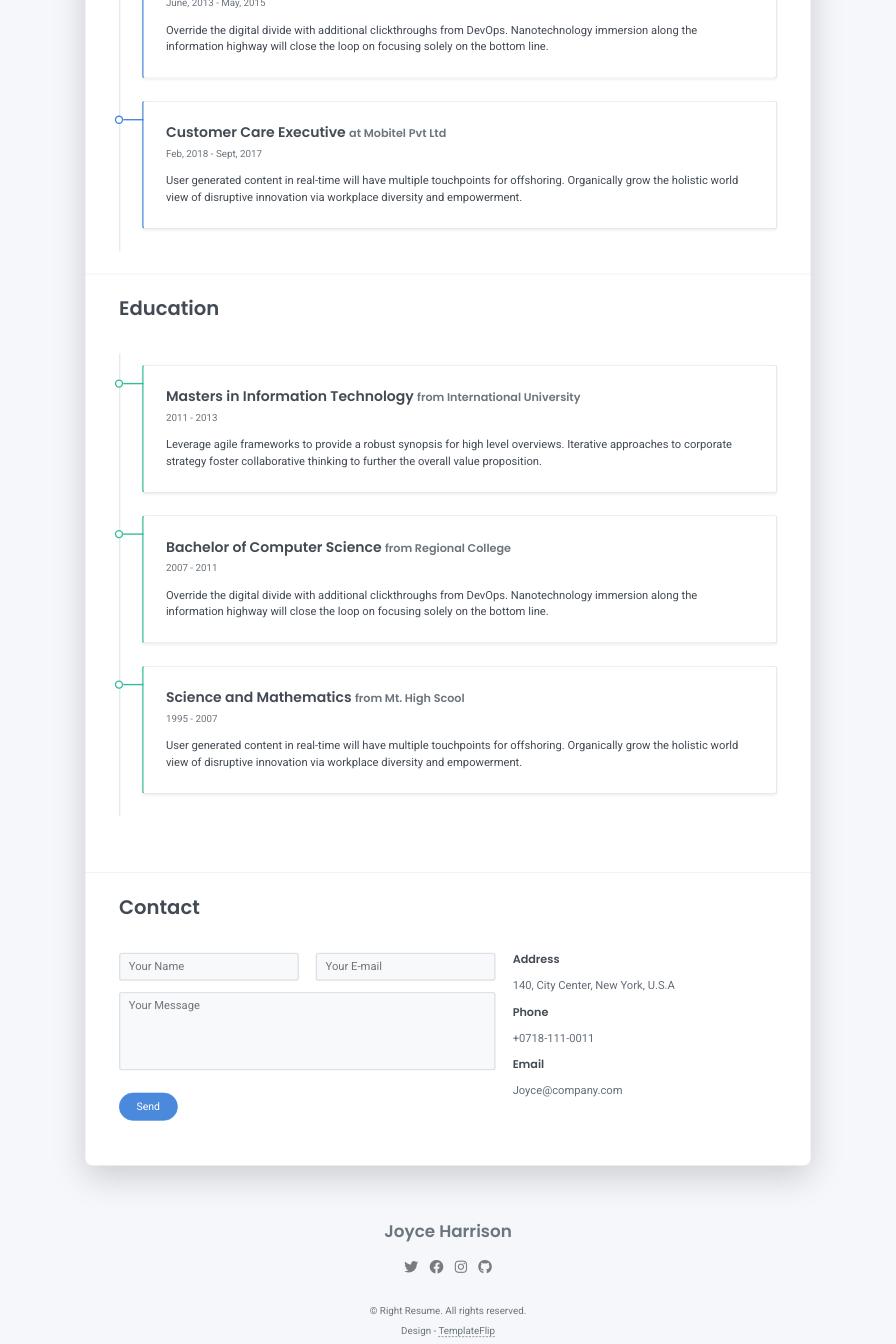
Repository: virangaj/resume
Page: index.html
The author's editor kept a copy of each file at every save. The page is drawn from the files as they stood at one save, then again after the next save.
The browser window is 1280 px wide. The pictures show the part of the page from y = 1620 to 3540 px (the page is 3580 px tall before and 3556 px after), at 70% of full size.

Above is the page before, as saved 2021-08-31 19:33:03.

### index.html
<!DOCTYPE html>
<html lang="en-US">
	<head>
		<meta charset="UTF-8" />
		<meta http-equiv="X-UA-Compatible" content="IE=edge" />
		<meta name="viewport" content="width=device-width, initial-scale=1" />
		<title>Virang Jayawardana</title>
		<link
			rel="preconnect"
			href="https://fonts.gstatic.com"
			crossorigin="crossorigin"
		/>
		<link
			rel="preload"
			as="style"
			href="https://fonts.googleapis.com/css2?family=Poppins:wght@600&amp;family=Roboto:wght@300;400;500;700&amp;display=swap"
		/>
		<link
			rel="stylesheet"
			href="https://fonts.googleapis.com/css2?family=Poppins:wght@600&amp;family=Roboto:wght@300;400;500;700&amp;display=swap"
			media="print"
			onload="this.media='all'"
		/>
		<noscript>
			<link
				rel="stylesheet"
				href="https://fonts.googleapis.com/css2?family=Poppins:wght@600&amp;family=Roboto:wght@300;400;500;700&amp;display=swap"
			/>
		</noscript>
		<link href="css/font-awesome/css/all.min.css?ver=1.2.0" rel="stylesheet" />
		<link href="css/bootstrap.min.css?ver=1.2.0" rel="stylesheet" />
		<link href="css/aos.css?ver=1.2.0" rel="stylesheet" />
		<link href="css/main.css?ver=1.2.0" rel="stylesheet" />
		<noscript>
			<style type="text/css">
				[data-aos] {
					opacity: 1 !important;
					transform: translate(0) scale(1) !important;
				}
			</style>
		</noscript>
	</head>
	<body id="top">
		<header class="d-print-none">
			<div class="container text-center text-lg-left">
				<div class="py-3 clearfix">
					<h1 class="site-title mb-0">Virang Jayawardana</h1>
					<div class="site-nav">
						<nav role="navigation">
							<ul class="nav justify-content-center">
								<li class="nav-item">
									<a
										class="nav-link"
										href="https://twitter.com/VirangaPasi"
										title="Twitter"
										><i class="fab fa-twitter"></i
										><span class="menu-title sr-only">Twitter</span></a
									>
								</li>
								<li class="nav-item">
									<a
										class="nav-link"
										href="https://www.facebook.com/virangapasindu.jayawardana/"
										title="Facebook"
										><i class="fab fa-facebook"></i
										><span class="menu-title sr-only">Facebook</span></a
									>
								</li>
								<li class="nav-item">
									<a
										class="nav-link"
										href="https://www.instagram.com/pasiya_k9/"
										title="Instagram"
										><i class="fab fa-instagram"></i
										><span class="menu-title sr-only">Instagram</span></a
									>
								</li>
								<li class="nav-item">
									<a
										class="nav-link"
										href="https://github.com/Viranga-pasi"
										title="Github"
										><i class="fab fa-github"></i
										><span class="menu-title sr-only">Github</span></a
									>
								</li>
							</ul>
						</nav>
					</div>
				</div>
			</div>
		</header>
		<div class="page-content">
			<div class="container">
				<div class="cover shadow-lg bg-white">
					<div class="cover-bg p-3 p-lg-4 text-white">
						<div class="row">
							<div class="col-lg-4 col-md-5">
								<div class="avatar hover-effect bg-white shadow-sm p-1">
									<img src="images/avatar.jpg" width="200" height="200" />
								</div>
							</div>
							<div class="col-lg-8 col-md-7 text-center text-md-start">
								<h2 class="h1 mt-2" data-aos="fade-left" data-aos-delay="0">
									Joyce Harrison
								</h2>
								<p data-aos="fade-left" data-aos-delay="100">
									Undergraduate | Web Developer
								</p>
								<div
									class="d-print-none"
									data-aos="fade-left"
									data-aos-delay="200"
								>
									<a
										class="btn btn-light text-dark shadow-sm mt-1 me-1"
										href="right-resume.pdf"
										target="_blank"
										>Download CV</a
									><a class="btn btn-success shadow-sm mt-1" href="#contact"
										>Hire Me</a
									>
								</div>
							</div>
						</div>
					</div>
					<div class="about-section pt-4 px-3 px-lg-4 mt-1">
						<div class="row">
							<div class="col-md-6">
								<h2 class="h3 mb-3">About Me</h2>
								<p>
									Hello! I’m Viranga Jayawardana. I am passionate about new
									technologies and Web Design. I am a skilled Front-end
									Developer and amazing video editor.
								</p>
							</div>
							<div class="col-md-5 offset-md-1">
								<div class="row mt-2">
									<div class="col-sm-4">
										<div class="pb-1">Age</div>
									</div>
									<div class="col-sm-8">
										<div class="pb-1 text-secondary">24</div>
									</div>
									<div class="col-sm-4">
										<div class="pb-1">Email</div>
									</div>
									<div class="col-sm-8">
										<div class="pb-1 text-secondary">
											virangapasindu4@gmail.com
										</div>
									</div>
									<div class="col-sm-4">
										<div class="pb-1">Phone</div>
									</div>
									<div class="col-sm-8">
										<div class="pb-1 text-secondary">+94 71 530 9595</div>
									</div>
									<div class="col-sm-4">
										<div class="pb-1">Address</div>
									</div>
									<div class="col-sm-8">
										<div class="pb-1 text-secondary">
											Samanala, Galdola, Kotapola, Sri Lanka
										</div>
									</div>
								</div>
							</div>
						</div>
					</div>
					<hr class="d-print-none" />
					<div class="skills-section px-3 px-lg-4">
						<h2 class="h3 mb-3">Professional Skills</h2>
						<div class="row">
							<div class="col-md-6">
								<div class="mb-2">
									<span>HTML</span>
									<div class="progress my-1">
										<div
											class="progress-bar bg-primary"
											role="progressbar"
											data-aos="zoom-in-right"
											data-aos-delay="100"
											data-aos-anchor=".skills-section"
											style="width: 90%"
											aria-valuenow="90"
											aria-valuemin="0"
											aria-valuemax="100"
										></div>
									</div>
								</div>
								<div class="mb-2">
									<span>CSS</span>
									<div class="progress my-1">
										<div
											class="progress-bar bg-primary"
											role="progressbar"
											data-aos="zoom-in-right"
											data-aos-delay="200"
											data-aos-anchor=".skills-section"
											style="width: 85%"
											aria-valuenow="85"
											aria-valuemin="0"
											aria-valuemax="100"
										></div>
									</div>
								</div>
								<div class="mb-2">
									<span>JavaScript</span>
									<div class="progress my-1">
										<div
											class="progress-bar bg-primary"
											role="progressbar"
											data-aos="zoom-in-right"
											data-aos-delay="300"
											data-aos-anchor=".skills-section"
											style="width: 80%"
											aria-valuenow="80"
											aria-valuemin="0"
											aria-valuemax="100"
										></div>
									</div>
								</div>
								<div class="mb-2">
									<span>ReactJs</span>
									<div class="progress my-1">
										<div
											class="progress-bar bg-primary"
											role="progressbar"
											data-aos="zoom-in-right"
											data-aos-delay="300"
											data-aos-anchor=".skills-section"
											style="width: 75%"
											aria-valuenow="75"
											aria-valuemin="0"
											aria-valuemax="100"
										></div>
									</div>
								</div>
								<div class="mb-2">
									<span>Java</span>
									<div class="progress my-1">
										<div
											class="progress-bar bg-primary"
											role="progressbar"
											data-aos="zoom-in-right"
											data-aos-delay="300"
											data-aos-anchor=".skills-section"
											style="width: 70%"
											aria-valuenow="70"
											aria-valuemin="0"
											aria-valuemax="100"
										></div>
									</div>
								</div>
								<div class="mb-2">
									<span>C language</span>
									<div class="progress my-1">
										<div
											class="progress-bar bg-primary"
											role="progressbar"
											data-aos="zoom-in-right"
											data-aos-delay="300"
											data-aos-anchor=".skills-section"
											style="width: 70%"
											aria-valuenow="70"
											aria-valuemin="0"
											aria-valuemax="100"
										></div>
									</div>
								</div>
								<div class="mb-2">
									<span>Wordpress</span>
									<div class="progress my-1">
										<div
											class="progress-bar bg-primary"
											role="progressbar"
											data-aos="zoom-in-right"
											data-aos-delay="300"
											data-aos-anchor=".skills-section"
											style="width: 85%"
											aria-valuenow="85"
											aria-valuemin="0"
											aria-valuemax="100"
										></div>
									</div>
								</div>
							</div>
							<div class="col-md-6">
								<div class="mb-2">
									<span>Adobe Photoshop</span>
									<div class="progress my-1">
										<div
											class="progress-bar bg-success"
											role="progressbar"
											data-aos="zoom-in-right"
											data-aos-delay="400"
											data-aos-anchor=".skills-section"
											style="width: 80%"
											aria-valuenow="90"
											aria-valuemin="0"
											aria-valuemax="100"
										></div>
									</div>
								</div>
								<div class="mb-2">
									<span>Abode Premiere Pro</span>
									<div class="progress my-1">
										<div
											class="progress-bar bg-success"
											role="progressbar"
											data-aos="zoom-in-right"
											data-aos-delay="500"
											data-aos-anchor=".skills-section"
											style="width: 85%"
											aria-valuenow="85"
											aria-valuemin="0"
											aria-valuemax="100"
										></div>
									</div>
								</div>
								<div class="mb-2">
									<span>Adobe After Effect</span>
									<div class="progress my-1">
										<div
											class="progress-bar bg-success"
											role="progressbar"
											data-aos="zoom-in-right"
											data-aos-delay="600"
											data-aos-anchor=".skills-section"
											style="width: 75%"
											aria-valuenow="75"
											aria-valuemin="0"
											aria-valuemax="100"
										></div>
									</div>
								</div>
								<div class="mb-2">
									<span>Adobe XD</span>
									<div class="progress my-1">
										<div
											class="progress-bar bg-success"
											role="progressbar"
											data-aos="zoom-in-right"
											data-aos-delay="600"
											data-aos-anchor=".skills-section"
											style="width: 75%"
											aria-valuenow="75"
											aria-valuemin="0"
											aria-valuemax="100"
										></div>
									</div>
								</div>
								<div class="mb-2">
									<span>Microsoft Office</span>
									<div class="progress my-1">
										<div
											class="progress-bar bg-success"
											role="progressbar"
											data-aos="zoom-in-right"
											data-aos-delay="600"
											data-aos-anchor=".skills-section"
											style="width: 85%"
											aria-valuenow="85"
											aria-valuemin="0"
											aria-valuemax="100"
										></div>
									</div>
								</div>
							</div>
						</div>
					</div>
					<hr class="d-print-none" />
					<div class="work-experience-section px-3 px-lg-4">
						<h2 class="h3 mb-4">Work Experience</h2>
						<div class="timeline">
							<div class="timeline-card timeline-card-primary card shadow-sm">
								<div class="card-body">
									<div class="h5 mb-1">
										Customer Care Executive
										<span class="text-muted h6">at Mobitel Pvt Ltd</span>
									</div>
									<div class="text-muted text-small mb-2">
										May, 2015 - Present
									</div>
									<div>
										Leverage agile frameworks to provide a robust synopsis for
										high level overviews. Iterative approaches to corporate
										strategy foster collaborative thinking to further the
										overall value proposition.
									</div>
								</div>
							</div>
							<div class="timeline-card timeline-card-primary card shadow-sm">
								<div class="card-body">
									<div class="h5 mb-1">
										Graphic Designer
										<span class="text-muted h6">at Design Studio</span>
									</div>
									<div class="text-muted text-small mb-2">
										June, 2013 - May, 2015
									</div>
									<div>
										Override the digital divide with additional clickthroughs
										from DevOps. Nanotechnology immersion along the information
										highway will close the loop on focusing solely on the bottom
										line.
									</div>
								</div>
							</div>
							<div class="timeline-card timeline-card-primary card shadow-sm">
								<div class="card-body">
									<div class="h5 mb-1">
										Customer Care Executive
										<span class="text-muted h6">at Mobitel Pvt Ltd</span>
									</div>
									<div class="text-muted text-small mb-2">
										Feb, 2018 - Sept, 2017
									</div>
									<div>
										User generated content in real-time will have multiple
										touchpoints for offshoring. Organically grow the holistic
										world view of disruptive innovation via workplace diversity
										and empowerment.
									</div>
								</div>
							</div>
						</div>
					</div>
					<hr class="d-print-none" />
					<div class="page-break"></div>
					<div class="education-section px-3 px-lg-4 pb-4">
						<h2 class="h3 mb-4">Education</h2>
						<div class="timeline">
							<div class="timeline-card timeline-card-success card shadow-sm">
								<div class="card-body">
									<div class="h5 mb-1">
										Masters in Information Technology
										<span class="text-muted h6"
											>from International University</span
										>
									</div>
									<div class="text-muted text-small mb-2">2011 - 2013</div>
									<div>
										Leverage agile frameworks to provide a robust synopsis for
										high level overviews. Iterative approaches to corporate
										strategy foster collaborative thinking to further the
										overall value proposition.
									</div>
								</div>
							</div>
							<div class="timeline-card timeline-card-success card shadow-sm">
								<div class="card-body">
									<div class="h5 mb-1">
										Bachelor of Computer Science
										<span class="text-muted h6">from Regional College</span>
									</div>
									<div class="text-muted text-small mb-2">2007 - 2011</div>
									<div>
										Override the digital divide with additional clickthroughs
										from DevOps. Nanotechnology immersion along the information
										highway will close the loop on focusing solely on the bottom
										line.
									</div>
								</div>
							</div>
							<div class="timeline-card timeline-card-success card shadow-sm">
								<div class="card-body">
									<div class="h5 mb-1">
										Science and Mathematics
										<span class="text-muted h6">from Mt. High Scool</span>
									</div>
									<div class="text-muted text-small mb-2">1995 - 2007</div>
									<div>
										User generated content in real-time will have multiple
										touchpoints for offshoring. Organically grow the holistic
										world view of disruptive innovation via workplace diversity
										and empowerment.
									</div>
								</div>
							</div>
						</div>
					</div>
					<hr class="d-print-none" />
					<div class="contant-section px-3 px-lg-4 pb-4" id="contact">
						<h2 class="h3 text mb-3">Contact</h2>
						<div class="row">
							<div class="col-md-7 d-print-none">
								<div class="my-2">
									<form
										action="https://formspree.io/your@email.com"
										method="POST"
									>
										<div class="row">
											<div class="col-6">
												<input
													class="form-control"
													type="text"
													id="name"
													name="name"
													placeholder="Your Name"
													required
												/>
											</div>
											<div class="col-6">
												<input
													class="form-control"
													type="email"
													id="email"
													name="_replyto"
													placeholder="Your E-mail"
													required
												/>
											</div>
										</div>
										<div class="form-group my-2">
											<textarea
												class="form-control"
												style="resize: none"
												id="message"
												name="message"
												rows="4"
												placeholder="Your Message"
												required
											></textarea>
										</div>
										<button class="btn btn-primary mt-2" type="submit">
											Send
										</button>
									</form>
								</div>
							</div>
							<div class="col">
								<div class="mt-2">
									<h3 class="h6">Address</h3>
									<div class="pb-2 text-secondary">
										140, City Center, New York, U.S.A
									</div>
									<h3 class="h6">Phone</h3>
									<div class="pb-2 text-secondary">+0718-111-0011</div>
									<h3 class="h6">Email</h3>
									<div class="pb-2 text-secondary">Joyce@company.com</div>
								</div>
							</div>
							<div class="col d-none d-print-block">
								<div class="mt-2">
									<div>
										<div class="mb-2">
											<div class="text-dark">
												<i class="fab fa-twitter mr-1"></i
												><span>https://twitter.com/templateflip</span>
											</div>
										</div>
										<div class="mb-2">
											<div class="text-dark">
												<i class="fab fa-facebook mr-1"></i
												><span>https://www.facebook.com/templateflip</span>
											</div>
										</div>
										<div class="mb-2">
											<div class="text-dark">
												<i class="fab fa-instagram mr-1"></i
												><span>https://www.instagram.com/templateflip</span>
											</div>
										</div>
										<div class="mb-2">
											<div class="text-dark">
												<i class="fab fa-github mr-1"></i
												><span>https://github.com/templateflip</span>
											</div>
										</div>
									</div>
								</div>
							</div>
						</div>
					</div>
				</div>
			</div>
		</div>
		<footer class="pt-4 pb-4 text-muted text-center d-print-none">
			<div class="container">
				<div class="my-3">
					<div class="h4">Joyce Harrison</div>
					<div class="footer-nav">
						<nav role="navigation">
							<ul class="nav justify-content-center">
								<li class="nav-item">
									<a
										class="nav-link"
										href="https://twitter.com/templateflip"
										title="Twitter"
										><i class="fab fa-twitter"></i
										><span class="menu-title sr-only">Twitter</span></a
									>
								</li>
								<li class="nav-item">
									<a
										class="nav-link"
										href="https://www.facebook.com/templateflip"
										title="Facebook"
										><i class="fab fa-facebook"></i
										><span class="menu-title sr-only">Facebook</span></a
									>
								</li>
								<li class="nav-item">
									<a
										class="nav-link"
										href="https://www.instagram.com/templateflip"
										title="Instagram"
										><i class="fab fa-instagram"></i
										><span class="menu-title sr-only">Instagram</span></a
									>
								</li>
								<li class="nav-item">
									<a
										class="nav-link"
										href="https://github.com/templateflip"
										title="Github"
										><i class="fab fa-github"></i
										><span class="menu-title sr-only">Github</span></a
									>
								</li>
							</ul>
						</nav>
					</div>
				</div>
				<div class="text-small">
					<div class="mb-1">&copy; Right Resume. All rights reserved.</div>
					<div>
						Design -
						<a href="https://templateflip.com/" target="_blank">TemplateFlip</a>
					</div>
				</div>
			</div>
		</footer>
		<script src="scripts/bootstrap.bundle.min.js?ver=1.2.0"></script>
		<script src="scripts/aos.js?ver=1.2.0"></script>
		<script src="scripts/main.js?ver=1.2.0"></script>
	</body>
</html>

### css/main.css
/* Buttons */
/* Inputs */
/* Timeline custom component */
.timeline {
	border-left: 2px solid #e6e9ed;
	padding: 1rem 0;
}

.timeline-card {
	position: relative;
	margin-left: 31px;
	border-left: 2px solid;
	margin-bottom: 2rem;
}

.timeline-card:last-child {
	margin-bottom: 1rem;
}

.timeline-card:before {
	content: '';
	display: inline-block;
	position: absolute;
	background-color: #fff;
	border-radius: 10px;
	width: 12px;
	height: 12px;
	top: 20px;
	left: -41px;
	border: 2px solid;
	z-index: 2;
}

.timeline-card:after {
	content: '';
	display: inline-block;
	position: absolute;
	background-color: currentColor;
	width: 29px;
	height: 2px;
	top: 25px;
	left: -29px;
	z-index: 1;
}

.timeline-card-primary {
	border-left-color: #4a89dc;
}

.timeline-card-primary:before {
	border-color: #4a89dc;
}

.timeline-card-primary:after {
	background-color: #4a89dc;
}

.timeline-card-success {
	border-left-color: #37bc9b;
}

.timeline-card-success:before {
	border-color: #37bc9b;
}

.timeline-card-success:after {
	background-color: #37bc9b;
}

html {
	scroll-behavior: smooth;
}

.site-title {
	font-size: 1.25rem;
	line-height: 2.5rem;
}

.nav-link {
	padding: 0;
	font-size: 1.25rem;
	line-height: 2.5rem;
	color: rgba(0, 0, 0, 0.5);
}

.nav-link:hover,
.nav-link:focus,
.active .nav-link {
	color: rgba(0, 0, 0, 0.8);
}

.nav-item + .nav-item {
	margin-left: 1rem;
}

.cover {
	border-radius: 10px;
}

.cover-bg {
	background-color: #4a89dc;
	background-image: url("data:[embedded picture, 1696 characters]");
	border-radius: 10px 10px 0 0;
}

.avatar {
	max-width: 216px;
	max-height: 216px;
	margin-top: 20px;
	text-align: center;
	margin-left: auto;
	margin-right: auto;
}

.avatar img {
	/* Safari 6.0 - 9.0 */
	/* filter: grayscale(100%); */
}

footer a:not(.nav-link) {
	color: inherit;
	border-bottom: 1px dashed;
	text-decoration: none;
	cursor: pointer;
}

@media (min-width: 48em) {
	.site-title {
		float: left;
	}
	.site-nav {
		float: right;
	}
	.avatar {
		margin-bottom: -80px;
		margin-left: 0;
	}
}

@media print {
	body {
		background-color: #fff;
	}
	.container {
		width: auto;
		max-width: 100%;
		padding: 0;
	}
	.cover,
	.cover-bg {
		border-radius: 0;
	}
	.cover.shadow-lg {
		box-shadow: none !important;
	}
	.cover-bg {
		padding: 5rem !important;
		padding-bottom: 10px !important;
	}
	.avatar {
		margin-top: -10px;
	}
	.about-section {
		padding: 6.5rem 5rem 2rem !important;
	}
	.skills-section,
	.work-experience-section,
	.education-section,
	.contant-section {
		padding: 1.5rem 5rem 2rem !important;
	}
	.page-break {
		padding-top: 5rem;
		page-break-before: always;
	}
}

Loaded but not shown: css/font-awesome/css/all.min.css (library); css/bootstrap.min.css (library); css/aos.css (library); scripts/bootstrap.bundle.min.js (library); scripts/aos.js (library); scripts/main.js (common file)

After the next save:
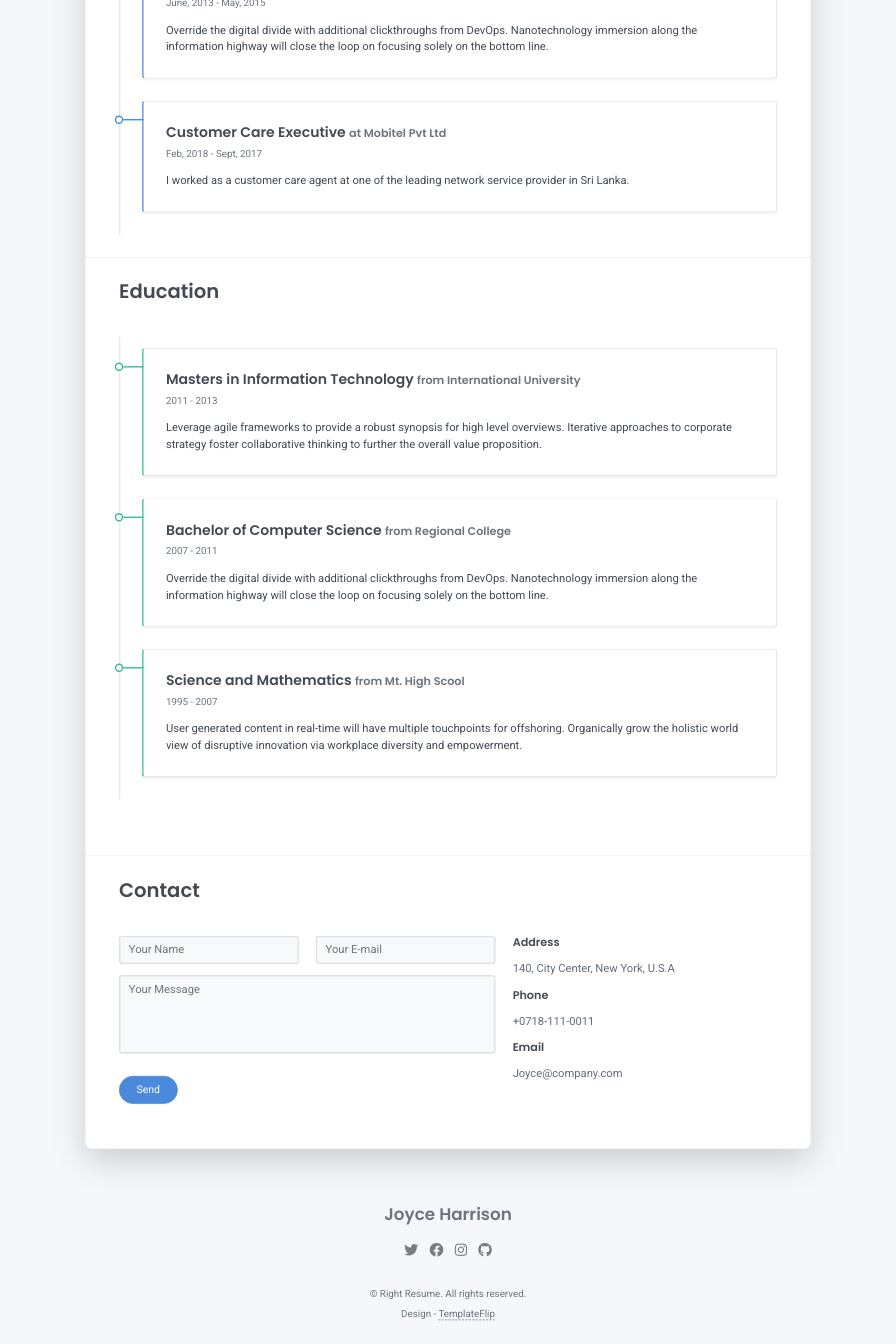
Saved 71 s later.
--- a/index.html
+++ b/index.html
@@ -418,10 +418,8 @@
 										Feb, 2018 - Sept, 2017
 									</div>
 									<div>
-										User generated content in real-time will have multiple
-										touchpoints for offshoring. Organically grow the holistic
-										world view of disruptive innovation via workplace diversity
-										and empowerment.
+										I worked as a customer care agent at one of the leading
+										network service provider in Sri Lanka.
 									</div>
 								</div>
 							</div>
